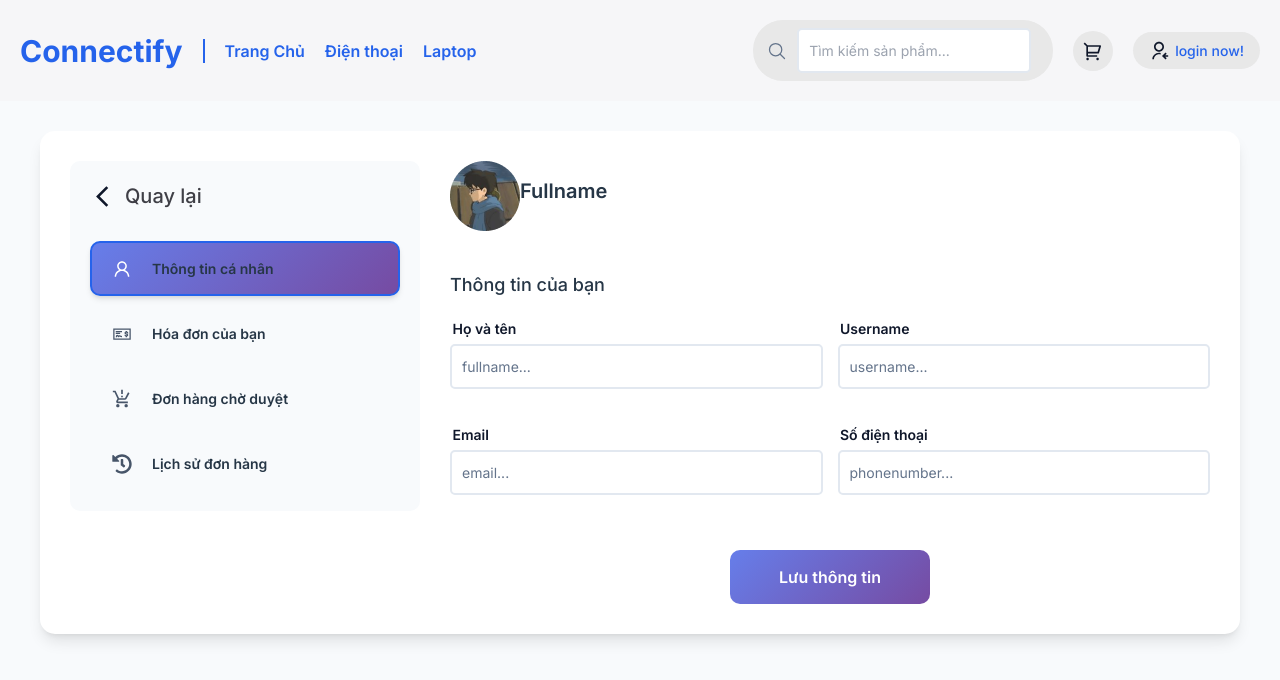
Repository: tvbacs/JavaWebProjectUI
Page: /profile
An editor plug-in stored every save of this project. The page is shown before and after the next save, followed by the edit.
The browser window is 1280 px wide. The pictures show the whole page.
An inner scrolling area shows only its first screen. The project was rebuilt for these pictures with package versions that can differ from the ones it lists, and the page was loaded fresh each time. Also part of the build but not shown: src/pages/Auth/Login/index.js, src/pages/HomePage/HomePage.module.scss, src/components/Item/Item.module.scss, src/components/Item/index.js, src/components/Scroll/Scroll.module.scss, src/components/Scroll/index.js, src/pages/HomePage/index.js, src/pages/LaptopPage/LaptopPage.module.scss and 46 more.

Above is the page before, as saved 2025-05-25 06:15:40.

### src/Globals/GlobalStyles/GlobalStyles.scss
@import 'normalize.css';
@import url('https://fonts.googleapis.com/css2?family=Inter:wght@300;400;500;600;700;800&display=swap');

:root{
    // User Theme Colors
    --primary: #2563eb;
    --primary-dark: #1d4ed8;
    --primary-light: #3b82f6;
    --secondary: #64748b;
    --accent: #f59e0b;
    --success: #10b981;
    --warning: #f59e0b;
    --error: #ef4444;

    // Background Colors
    --bg-primary: #ffffff;
    --bg-secondary: #f8fafc;
    --bg-tertiary: #f1f5f9;
    --bg-gradient: linear-gradient(135deg, #667eea 0%, #764ba2 100%);
    --bg-gradient-light: linear-gradient(135deg, #f8fafc 0%, #e2e8f0 100%);

    // Text Colors
    --text-primary: #0f172a;
    --text-secondary: #475569;
    --text-tertiary: #64748b;
    --text-light: #94a3b8;

    // Border Colors
    --border-primary: #e2e8f0;
    --border-secondary: #cbd5e1;
    --border-focus: #3b82f6;

    // Shadow
    --shadow-sm: 0 1px 2px 0 rgb(0 0 0 / 0.05);
    --shadow-md: 0 4px 6px -1px rgb(0 0 0 / 0.1), 0 2px 4px -2px rgb(0 0 0 / 0.1);
    --shadow-lg: 0 10px 15px -3px rgb(0 0 0 / 0.1), 0 4px 6px -4px rgb(0 0 0 / 0.1);
    --shadow-xl: 0 20px 25px -5px rgb(0 0 0 / 0.1), 0 8px 10px -6px rgb(0 0 0 / 0.1);

    // Spacing
    --spacing-xs: 0.25rem;
    --spacing-sm: 0.5rem;
    --spacing-md: 1rem;
    --spacing-lg: 1.5rem;
    --spacing-xl: 2rem;
    --spacing-2xl: 3rem;

    // Border Radius
    --radius-sm: 0.375rem;
    --radius-md: 0.5rem;
    --radius-lg: 0.75rem;
    --radius-xl: 1rem;
    --radius-2xl: 1.5rem;

    // Legacy (for backward compatibility)
    --bgc: #F6F6F8;
    --gray50: #64748b;
    --gray85: #475569;
}
*{
    box-sizing: border-box;
}

html{
    font-size: 62.5%;
    scroll-behavior: smooth;
}

body{
    font-family: 'Inter', -apple-system, BlinkMacSystemFont, 'Segoe UI', sans-serif;
    font-size: 1.6rem;
    line-height: 1.6;
    color: var(--text-primary);
    background-color: var(--bg-secondary);
    text-rendering: optimizeLegibility;
    -webkit-font-smoothing: antialiased;
    -moz-osx-font-smoothing: grayscale;
}
@tailwind base;
@tailwind components;
@tailwind utilities;
// Modern Mixins
@mixin input(){
    border: 2px solid var(--border-primary);
    outline: none;
    background-color: var(--bg-primary);
    border-radius: var(--radius-md);
    padding: var(--spacing-md);
    font-size: 1.4rem;
    transition: all 0.2s ease;

    &:focus {
        border-color: var(--border-focus);
        box-shadow: 0 0 0 3px rgb(59 130 246 / 0.1);
    }
}

@mixin flex-center(){
    display: flex;
    justify-content: center;
    align-items: center;
}

@mixin button(){
    border: none;
    outline: none;
    cursor: pointer;
    border-radius: var(--radius-md);
    padding: var(--spacing-md) var(--spacing-lg);
    font-weight: 500;
    transition: all 0.2s ease;

    &:hover {
        transform: translateY(-1px);
    }

    &:active {
        transform: translateY(0);
    }
}

@mixin button-primary(){
    @include button();
    background: var(--primary);
    color: white;

    &:hover {
        background: var(--primary-dark);
        box-shadow: var(--shadow-md);
    }
}

@mixin button-secondary(){
    @include button();
    background: var(--bg-primary);
    color: var(--text-primary);
    border: 2px solid var(--border-primary);

    &:hover {
        border-color: var(--primary);
        color: var(--primary);
    }
}

@mixin card(){
    background: var(--bg-primary);
    border-radius: var(--radius-xl);
    box-shadow: var(--shadow-md);
    border: 1px solid var(--border-primary);
    transition: all 0.3s ease;

    &:hover {
        box-shadow: var(--shadow-lg);
        transform: translateY(-2px);
    }
}

@mixin a(){
    text-decoration: none;
    color: var(--text-primary);
    transition: color 0.2s ease;

    &:hover {
        color: var(--primary);
    }
}

### src/pages/Auth/Auth.module.scss
.wrapper{
    width: 100vw;
    height: 100vh;
    background: var(--bg-gradient);
    display: flex;
    justify-content: center;
    align-items: center;
    padding: var(--spacing-xl);
    position: relative;

    &::before {
        content: '';
        position: absolute;
        top: 0;
        left: 0;
        right: 0;
        bottom: 0;
        background: radial-gradient(circle at 20% 80%, rgba(120, 119, 198, 0.3) 0%, transparent 50%),
                    radial-gradient(circle at 80% 20%, rgba(255, 255, 255, 0.15) 0%, transparent 50%);
        pointer-events: none;
    }
}

.content{
    width: 450px;
    max-width: 100%;
    background: var(--bg-primary);
    border-radius: var(--radius-2xl);
    padding: var(--spacing-2xl);
    box-shadow: var(--shadow-xl);
    backdrop-filter: blur(20px);
    border: 1px solid rgba(255, 255, 255, 0.2);
    position: relative;
    z-index: 1;

    > h1{
        font-size: 3.2rem;
        font-weight: 800;
        color: var(--text-primary);
        text-align: center;
        margin-bottom: var(--spacing-sm);
        background: var(--bg-gradient);
        -webkit-background-clip: text;
        -webkit-text-fill-color: transparent;
        background-clip: text;
    }

    > span{
        font-size: 1.6rem;
        color: var(--text-secondary);
        margin-bottom: var(--spacing-2xl);
        display: block;
        text-align: center;
        line-height: 1.6;
        font-weight: 400;
    }
}

form{
    width: 100%;
    display: flex;
    flex-direction: column;
    gap: var(--spacing-lg);
}

.form-group{
    display: flex;
    align-items: center;
    border-radius: var(--radius-xl);
    border: 2px solid var(--border-primary);
    padding: var(--spacing-sm);
    background: var(--bg-secondary);
    transition: all 0.3s ease;

    &:focus-within {
        border-color: var(--primary);
        background: var(--bg-primary);
        box-shadow: 0 0 0 3px rgba(37, 99, 235, 0.1);
        transform: translateY(-1px);
    }

    &-icon{
        width: 45px;
        height: 45px;
        border-radius: var(--radius-lg);
        background: var(--bg-gradient);
        display: flex;
        justify-content: center;
        align-items: center;
        color: white;
        margin-right: var(--spacing-md);
        font-size: 1.8rem;
    }
}

.form-input{
    border: none;
    outline: none;
    background: transparent;
    flex: 1;
    padding: var(--spacing-md) var(--spacing-sm);
    font-size: 1.6rem;
    color: var(--text-primary);

    &::placeholder {
        color: var(--text-tertiary);
        font-weight: 400;
    }
}

.btn-submit{
    border: none;
    outline: none;
    cursor: pointer;
    width: 100%;
    height: 55px;
    font-size: 1.6rem;
    font-weight: 600;
    margin-top: var(--spacing-md);
    border-radius: var(--radius-xl);
    background: var(--bg-gradient);
    color: white;
    position: relative;
    overflow: hidden;
    transition: all 0.3s ease;

    &::before {
        content: '';
        position: absolute;
        top: 0;
        left: -100%;
        width: 100%;
        height: 100%;
        background: linear-gradient(90deg, transparent, rgba(255,255,255,0.2), transparent);
        transition: left 0.5s;
    }

    &:hover::before {
        left: 100%;
    }

    &:hover {
        transform: translateY(-2px);
        box-shadow: 0 10px 25px rgba(37, 99, 235, 0.3);
    }
}

.btn-switch{
    display: block;
    text-align: center;
    margin: var(--spacing-xl) auto 0;
    font-size: 1.6rem;
    font-weight: 500;
    color: var(--text-secondary);
    text-decoration: none;
    transition: all 0.3s ease;
    padding: var(--spacing-sm);
    border-radius: var(--radius-md);

    &:hover{
        color: var(--primary);
        background: rgba(37, 99, 235, 0.05);
        transform: translateY(-1px);
    }
}

// Responsive design
@media (max-width: 768px) {
    .wrapper {
        padding: var(--spacing-md);
    }

    .content {
        width: 100%;
        padding: var(--spacing-xl);

        > h1 {
            font-size: 2.8rem;
        }

        > span {
            font-size: 1.4rem;
        }
    }

    .form-group {
        padding: var(--spacing-xs);

        &-icon {
            width: 40px;
            height: 40px;
            font-size: 1.6rem;
        }
    }

    .form-input {
        font-size: 1.4rem;
        padding: var(--spacing-sm);
    }

    .btn-submit {
        height: 50px;
        font-size: 1.4rem;
    }
}

### src/layout/OnlyHeaderLayout/OnlyHeaderLayout.module.scss

.wrapper{
    background: var(--bg-secondary);
    min-height: 100vh;
    display: flex;
    flex-direction: column;
}

.content{
    flex: 1;
    padding: 0 var(--spacing-xl) var(--spacing-xl);
    overflow-y: auto;
    scroll-behavior: smooth;

    &::-webkit-scrollbar{
        display: none;
    }

    // Firefox
    scrollbar-width: none;
}

.body{
    flex: 1;
    display: flex;
    flex-direction: column;
    overflow-y: auto;
    padding-top: var(--spacing-md);

    &::-webkit-scrollbar{
        display: none;
    }

    // Firefox
    scrollbar-width: none;
}

// Responsive design
@media (max-width: 768px) {
    .content {
        padding: 0 var(--spacing-md) var(--spacing-md);
    }
}

### src/components/Header/Header.module.scss
@import  "../../Globals/GlobalStyles/GlobalStyles.scss";

.wrapper{
    padding:20px;
    background-color: var(--bgc);
}
.logo{
    color:var(--primary);
    line-height: 10px;
    font-weight: bold;
      font-family: 'Inter', sans-serif;
}
.nav{
  padding-left:20px;
  margin-left: 20px;
  border-left: 2px solid var(--primary);
  &-item{
    margin-right: 20px;
    font-size: 16px;
    font-weight: 600;
    cursor:pointer;
    color:var(--primary);
  }
}
.nav-link {
  position: relative;
  padding-bottom: 4px;
  transition: all 0.5s;

  &.active::before {
    content: '';
    position: absolute;
    width: 40%;
    height: 2px;
    border-radius: 20px;
    background-color: var(--primary);
    bottom: 0;
    left: 50%;
    transform: translateX(-50%);
  }
}

.search{
    min-width: 300px;
    max-width: 350px;
    border-radius: 30px;
    padding:8px 14px;
    background-color: #E8E8E8;
    &-icon{
        font-size: 20px;
        color:var(--gray50);
    }
    &-input{
        @include input();
        font-size: 14px;
        color:var(--primary);
        margin-left: 10px;
    }
}
.cart{
    width: 40px;
    height: 40px;
    border-radius: 50%;
    background-color: #E8E8E8;
    padding:5px;
    @include flex-center();
    margin:0 20px;
    cursor:pointer;
}
.cart:hover{
    box-shadow: 0 0 2px rgba(0,0,0,0.5);
}

.btn-login{
    display:flex;
    align-items: center;
    padding:8px 16px;
    background-color: #E8E8E8;
    border-radius: 20px;

}
.btn-menu{
  width: 40px;
  height: 40px;
  border-radius: 50%;
      background-color: #E8E8E8;
  @include flex-center;
}
.btn-login:hover{
        box-shadow: 0 0 2px rgba(0,0,0,0.5);

}
.btn-login-title {
    color:var(--primary);
    font-weight: 500;
}

@media screen and (max-width: 639px) {
  .wrapper{
    padding:10px;
  }
  .logo{
    font-size: 20px;
  }
  .search{
    min-width: 170px;
  }
  .cart{
    margin:0 5px;
  }
  .btn-login{
    display:none;
  }
  .search-input{
    font-size: 10px;
  }
  .avt-auth{
    display:none;
  }
}

.user-menu {
  display: flex;
  align-items: center;
  gap: 12px;
}

.admin-link {
  background: linear-gradient(135deg, #667eea 0%, #764ba2 100%);
  color: white;
  padding: 6px 12px;
  border-radius: 20px;
  text-decoration: none;
  font-size: 12px;
  font-weight: 600;
  transition: all 0.3s ease;

  &:hover {
    transform: translateY(-1px);
    box-shadow: 0 4px 12px rgba(102, 126, 234, 0.3);
  }
}

@media screen and (min-width: 640px) and (max-width: 1023px) {
  .btn-menu{
    margin-left: 20px;
  }
}

### src/components/Footer/Footer.module.scss
@import url('https://fonts.googleapis.com/css2?family=Roboto&display=swap');
.wrapper{
    width: 100%;
    padding:20px 30px;
    background-color: var(--primary);
}
.content{
    width: 100%;
    height:100%;
    display: flex;
    align-items: start;
    justify-content: space-between;
    flex-wrap: wrap;
}
.list{
    list-style-type: none;
    .title-small{
        color:white;
        font-size: 16px;
        font-weight:500;
    }
}

.title{
    color:white;
    font-weight: 900;
    font-size: 26px !important;
}
.item{
    color:white;
  font-family: 'Roboto', sans-serif;
    font-weight:100;
    cursor:pointer;
}
.item:hover{
    border-bottom: 1px solid white;
}
.input{
    width: 100%;
    border-radius: 20px;
    background-color: white;
    padding:6px 12px;
    margin:10px 0;
    display:flex;
    align-items: center;

    input{
        font-size: 14px;
        flex:1;
        outline: none;
        padding-left: 6px;
    }
    span{
    font-size: 14px;
    font-weight: 600;
    cursor:pointer;
    }
}
.social{
    width: 36px;
    height: 26px;
    border-radius: 4px;
    background-color: white;
    display:flex;
    justify-content: center;
    align-items: center;
    margin-right: 10px;
    cursor:pointer;
}
.icon-fb{
    color:blue;
    font-size: 20px;
}
.icon-tiktok{
    font-size: 20px;
}

Loaded but not shown: public/index.html (common file); tailwind.config.js (common file); src/pages/Profile/index.js (283 lines, source omitted); src/components/Header/index.js (144 lines, source omitted); src/utils/formatPrice.js (88 lines, source omitted); src/App.js (101 lines, source omitted); src/routes/index.js (50 lines, source omitted); src/services/authService.js (92 lines, source omitted); src/services/electronicService.js (61 lines, source omitted); src/services/invoiceService.js (57 lines, source omitted); src/contexts/UserContext.js (29 lines, source omitted); src/layout/OnlyHeaderLayout/index.js (22 lines, source omitted); src/utils/request.js (21 lines, source omitted); src/index.js (17 lines, source omitted); src/Globals/GlobalStyles/index.js (8 lines, source omitted); src/pages/Profile/Profile.module.scss (419 lines, source omitted)

After the next save:
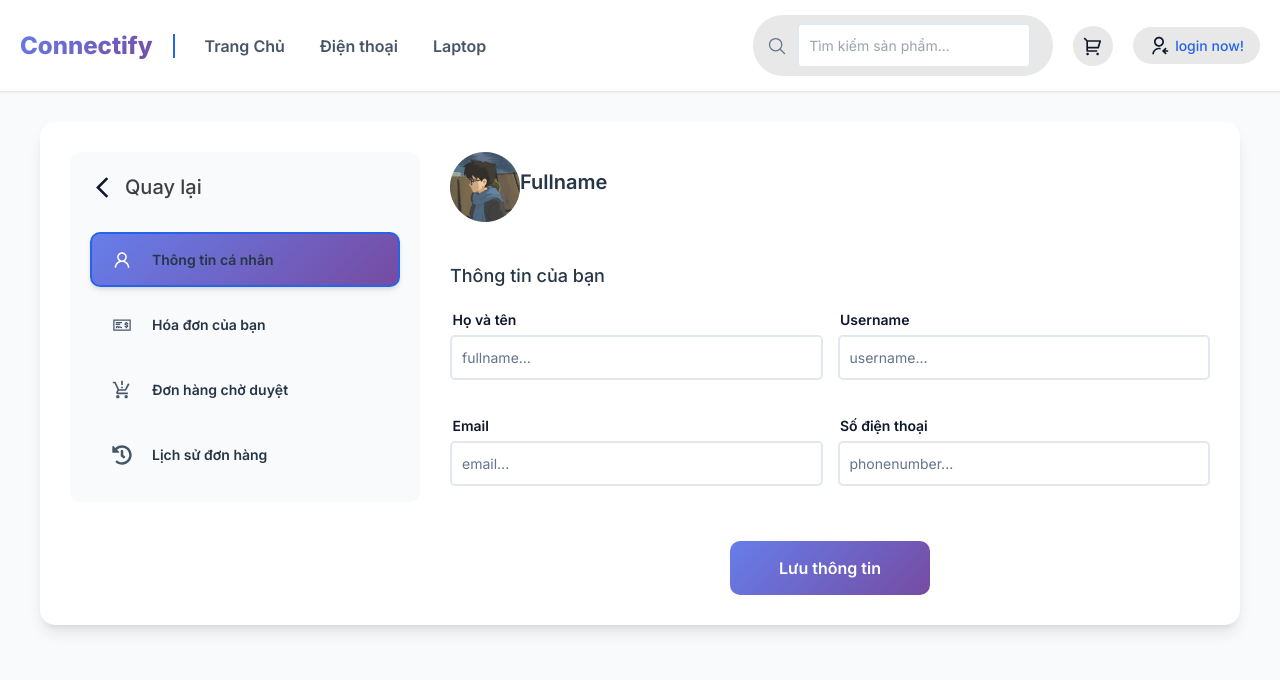
Saved 72 s later.
--- a/src/components/Header/Header.module.scss
+++ b/src/components/Header/Header.module.scss
@@ -1,43 +1,77 @@
 @import  "../../Globals/GlobalStyles/GlobalStyles.scss";
 
 .wrapper{
-    padding:20px;
-    background-color: var(--bgc);
+    padding: var(--spacing-lg) var(--spacing-xl);
+    background: var(--bg-primary);
+    border-bottom: 1px solid var(--border-primary);
+    box-shadow: var(--shadow-sm);
+    position: sticky;
+    top: 0;
+    z-index: 100;
+    backdrop-filter: blur(10px);
 }
+
 .logo{
-    color:var(--primary);
-    line-height: 10px;
-    font-weight: bold;
-      font-family: 'Inter', sans-serif;
+    color: var(--primary);
+    font-size: 2.4rem;
+    font-weight: 800;
+    font-family: 'Inter', sans-serif;
+    background: var(--bg-gradient);
+    -webkit-background-clip: text;
+    -webkit-text-fill-color: transparent;
+    background-clip: text;
+    cursor: pointer;
+    transition: all 0.3s ease;
+
+    &:hover {
+        transform: scale(1.05);
+    }
 }
+
 .nav{
-  padding-left:20px;
-  margin-left: 20px;
-  border-left: 2px solid var(--primary);
-  &-item{
-    margin-right: 20px;
-    font-size: 16px;
-    font-weight: 600;
-    cursor:pointer;
-    color:var(--primary);
-  }
+    padding-left: var(--spacing-xl);
+    margin-left: var(--spacing-xl);
+    border-left: 2px solid var(--primary);
+    display: flex;
+    align-items: center;
+    gap: var(--spacing-lg);
+
+    &-item{
+        font-size: 1.6rem;
+        font-weight: 600;
+        cursor: pointer;
+        color: var(--text-secondary);
+        transition: all 0.3s ease;
+
+        &:hover {
+            color: var(--primary);
+            transform: translateY(-1px);
+        }
+    }
 }
+
 .nav-link {
-  position: relative;
-  padding-bottom: 4px;
-  transition: all 0.5s;
+    position: relative;
+    padding: var(--spacing-sm) var(--spacing-md);
+    border-radius: var(--radius-lg);
+    transition: all 0.3s ease;
+    text-decoration: none;
+    color: inherit;
 
-  &.active::before {
-    content: '';
-    position: absolute;
-    width: 40%;
-    height: 2px;
-    border-radius: 20px;
-    background-color: var(--primary);
-    bottom: 0;
-    left: 50%;
-    transform: translateX(-50%);
-  }
+    &:hover {
+        background: rgba(37, 99, 235, 0.1);
+        color: var(--primary);
+    }
+
+    &.active {
+        background: var(--bg-gradient);
+        color: white;
+        box-shadow: var(--shadow-md);
+
+        &::before {
+            display: none;
+        }
+    }
 }
 
 .search{
